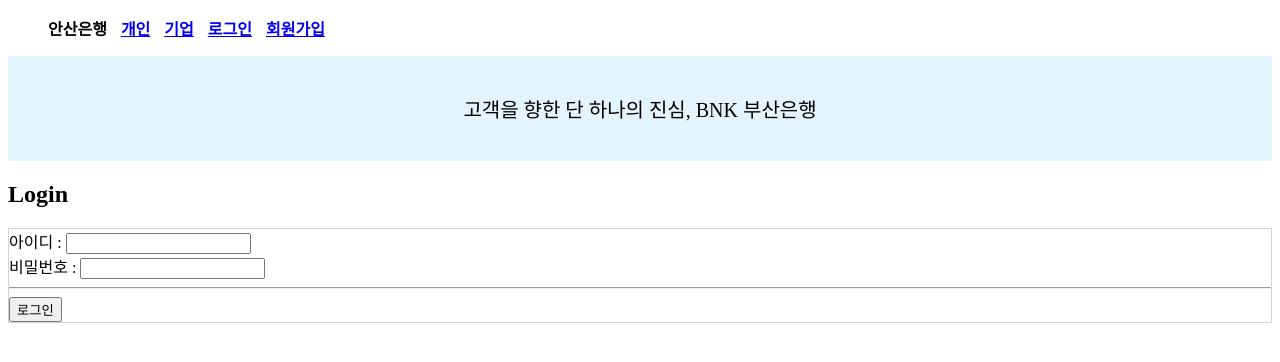
Repository: pvntlc/D-IT-Tech-Internship
Page: work_java/HTMLProject/src/main/webapp/login.html
The author's editor kept a copy of each file at every save. The page is drawn from the files as they stood at one save, then again after the next save.
The browser window is 1280 px wide. The pictures show the whole page.

Above is the page before, as saved 2023-09-07 07:40:14.

After the next save:
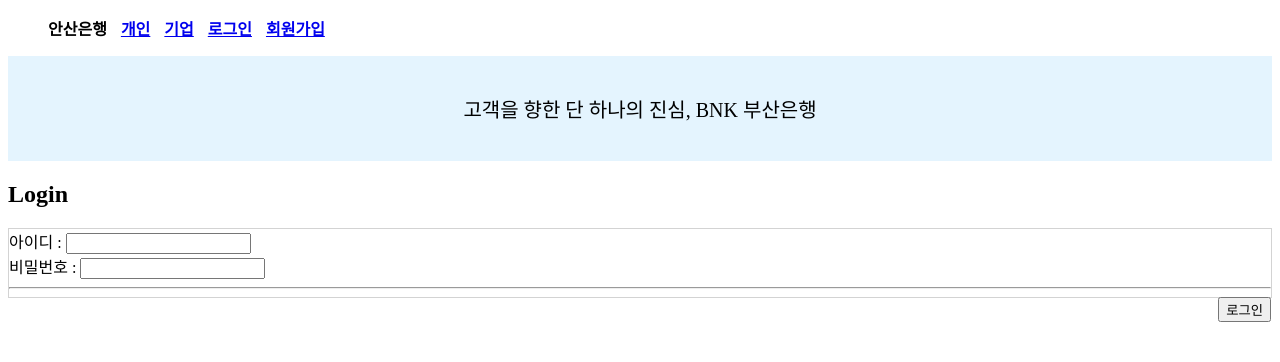
Saved 19 s later.
--- a/work_java/HTMLProject/src/main/webapp/login.html
+++ b/work_java/HTMLProject/src/main/webapp/login.html
@@ -10,6 +10,10 @@
 	<style>
 		.loginform{
 			border:1px solid lightgray;
+		}
+
+		.loginbutton{
+			float : right;
 		}
 	</style>
 </head>
@@ -32,7 +36,7 @@
 		</br>
 		<label for="pass">비밀번호 : <input type="password" id="pass" name="pass" /></label>
 		<hr>
-		<input type="submit" value="로그인" />
+		<input class="loginbutton" type="submit" value="로그인" />
 	</form>
 	</div>
 </body>

After the save that followed:
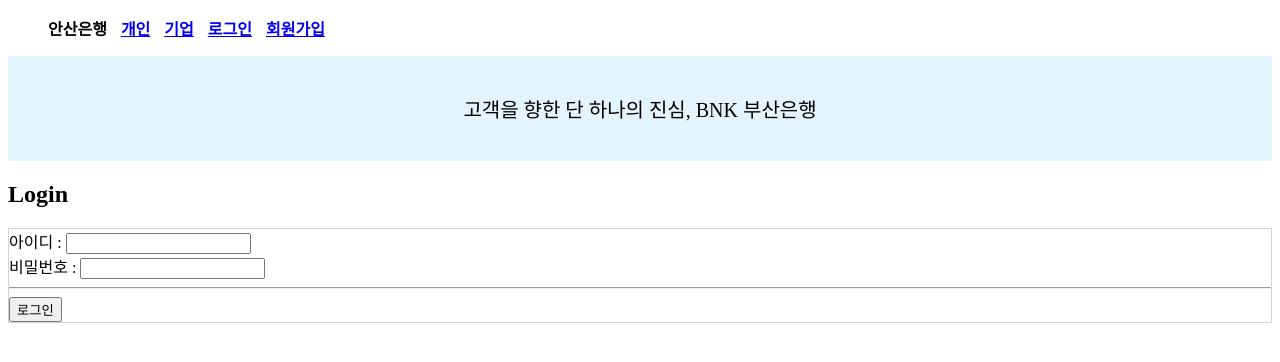
Saved 23 s later.
--- a/work_java/HTMLProject/src/main/webapp/login.html
+++ b/work_java/HTMLProject/src/main/webapp/login.html
@@ -13,7 +13,7 @@
 		}
 
 		.loginbutton{
-			float : right;
+			box-align : right;
 		}
 	</style>
 </head>
